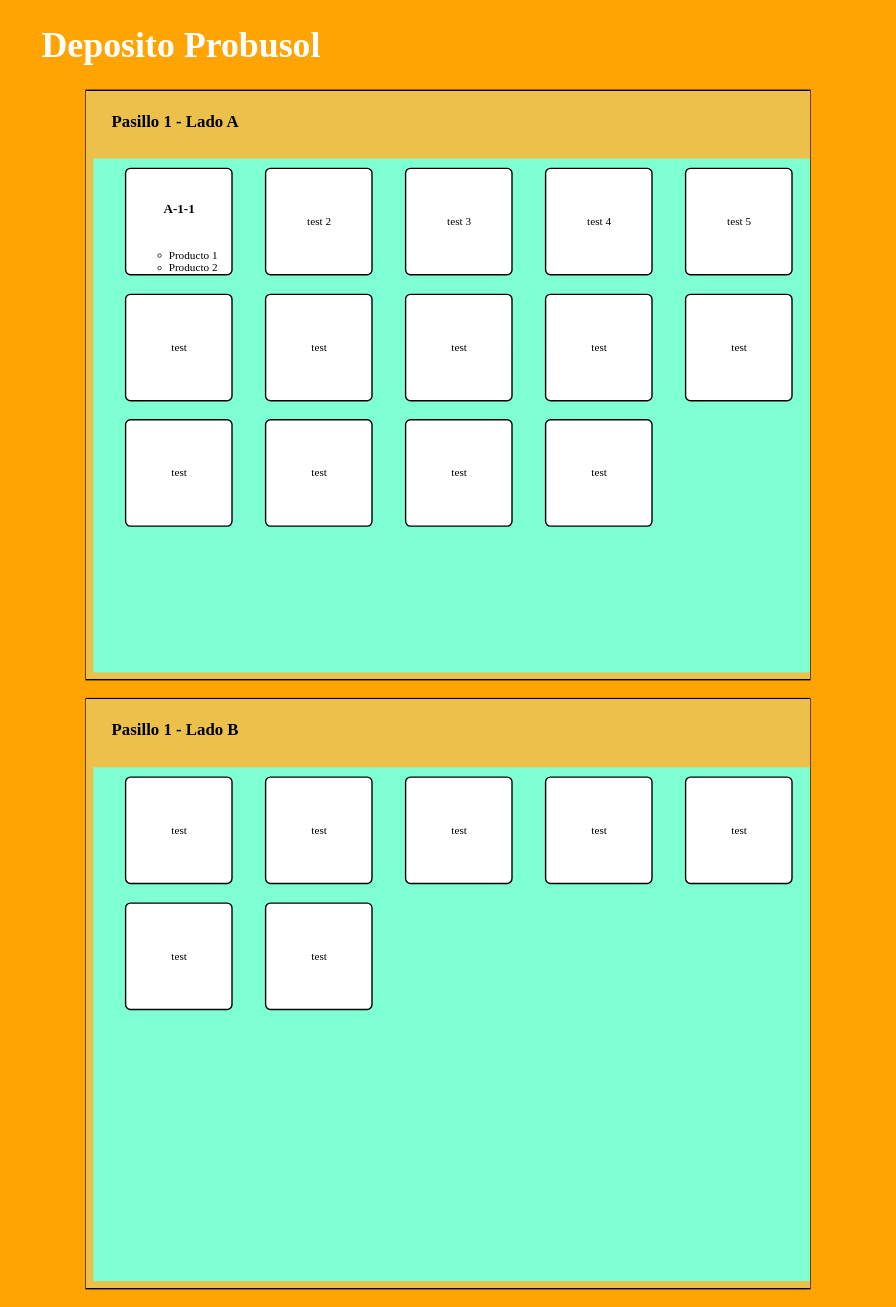
Repository: Franzcod/DepoStock_Web
Page: index.html
The author's editor kept a copy of each file at every save. The page is drawn from the files as they stood at one save, then again after the next save.
The browser window is 1280 px wide. The pictures show the whole page, at 70% of full size.

Above is the page before, as saved 2020-06-07 18:42:57.
Console error: ReferenceError: ur is not defined

After the next save:
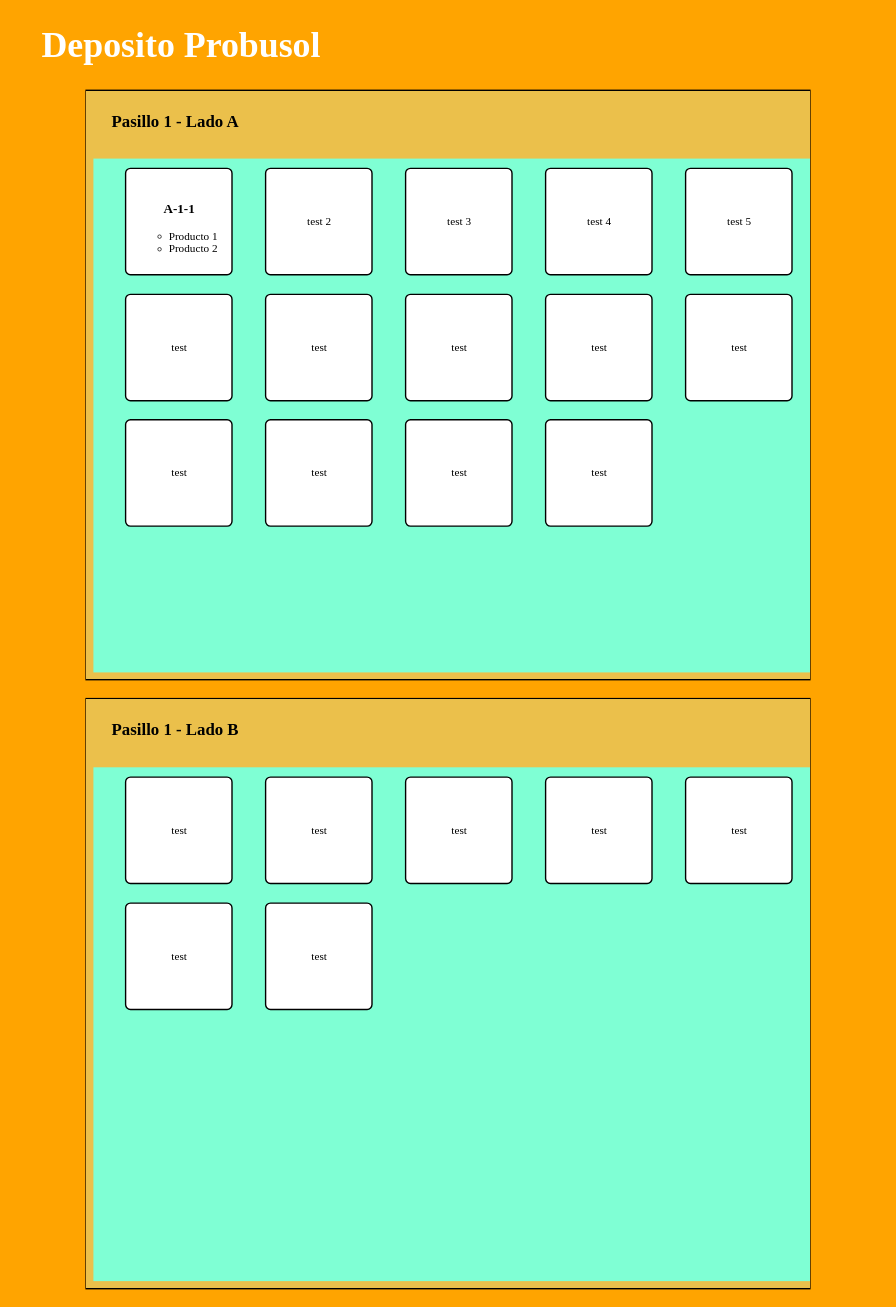
Saved 103 s later.
--- a/estilo/estilo.css
+++ b/estilo/estilo.css
@@ -48,16 +48,12 @@ html{
 h2{
     margin-left: 2vw;
 }
-h3 {
-    margin: auto;
-}
+
 
 /* li{
     display: flex;
     flex-direction: column;
 } */
-
-
 
 .item {
     /* scroll-snap-align: center; */
